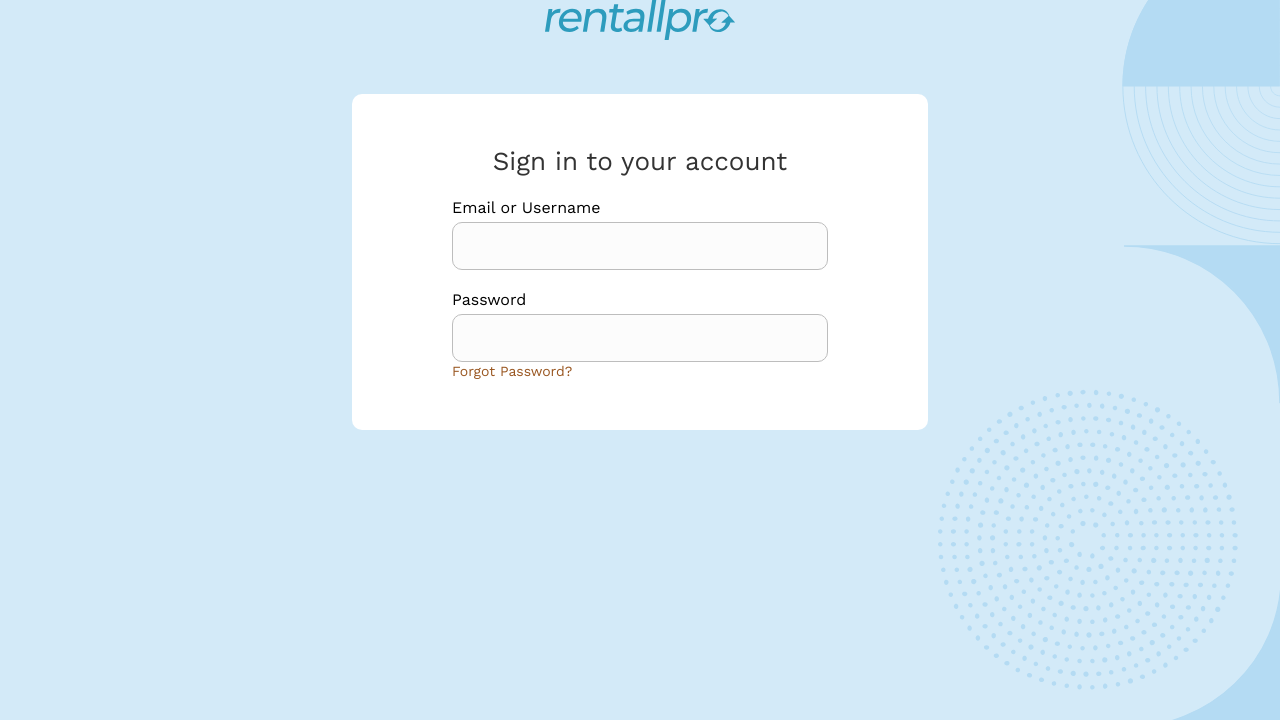
Repository: RentallPro/rentallpro-frontend
Page: /
An editor plug-in stored every save of this project. The page is shown before and after the next save, followed by the edit.
The browser window is 1280 px wide. The pictures show the whole page.
The project was rebuilt for these pictures with package versions that can differ from the ones it lists, and the page was loaded fresh each time.

Above is the page before, as saved 2020-12-09 10:49:21.

After the next save:
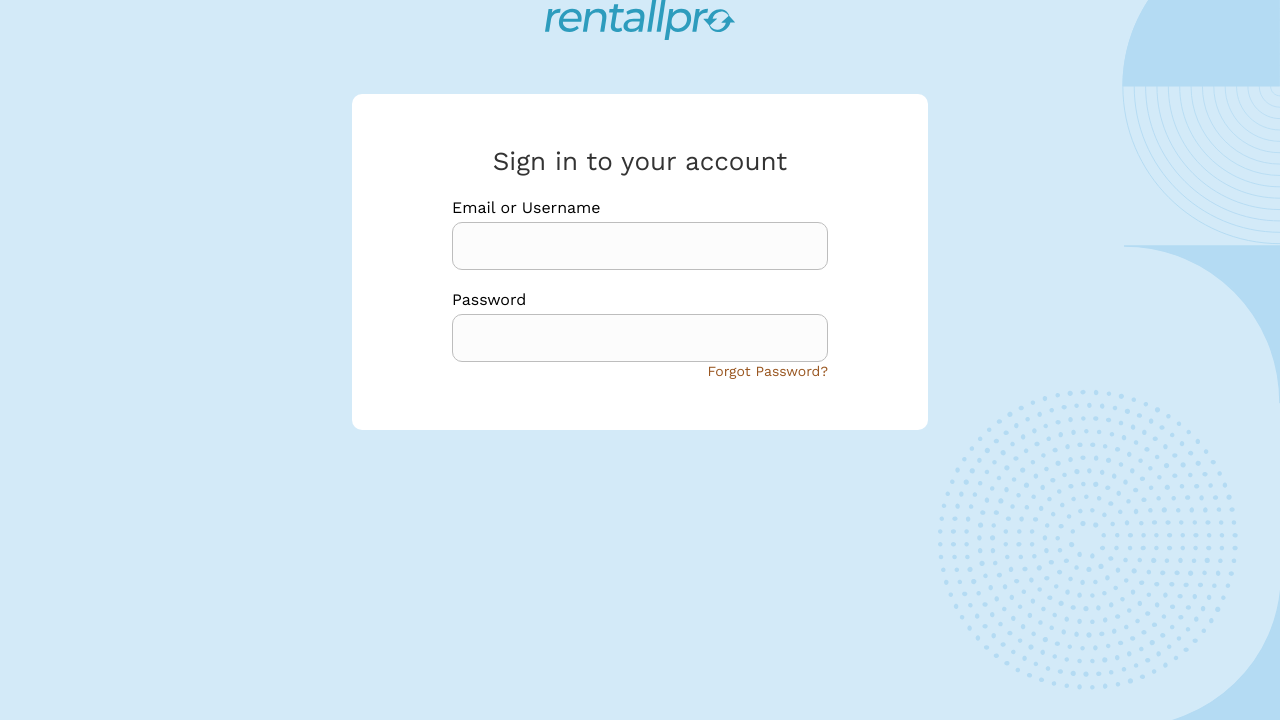
Saved 14 s later.
--- a/src/views/Home/Home.scss
+++ b/src/views/Home/Home.scss
@@ -42,7 +42,8 @@
                     font-weight: normal;
                     font-size: 14px;
                     line-height: 18px;
-                    color: #995620;;
+                    color: #995620;
+                    text-align: right;
                 }
             }
         }
